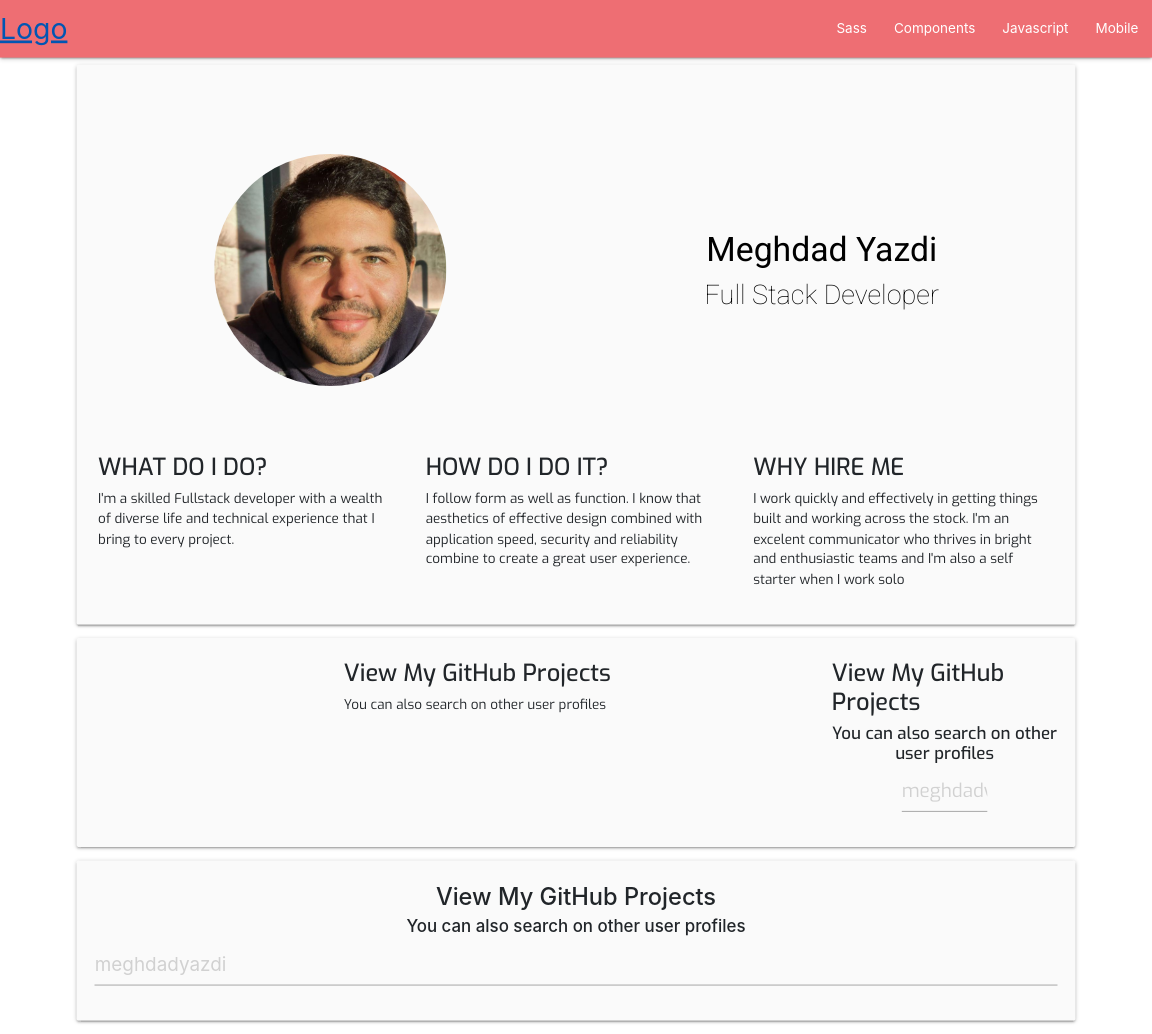
Repository: meghdadyazdi/SD_Res
Page: index.html
The author's editor kept a record of every edit. The page is drawn from the files as they stood at one moment, then again after the next edit.
The browser window is 1280 px wide. The pictures show the whole page, at 90% of full size.
The pointer rests on the first visible `a`.

Above is the page before.
Console error: ReferenceError: $ is not defined

After the next edit:
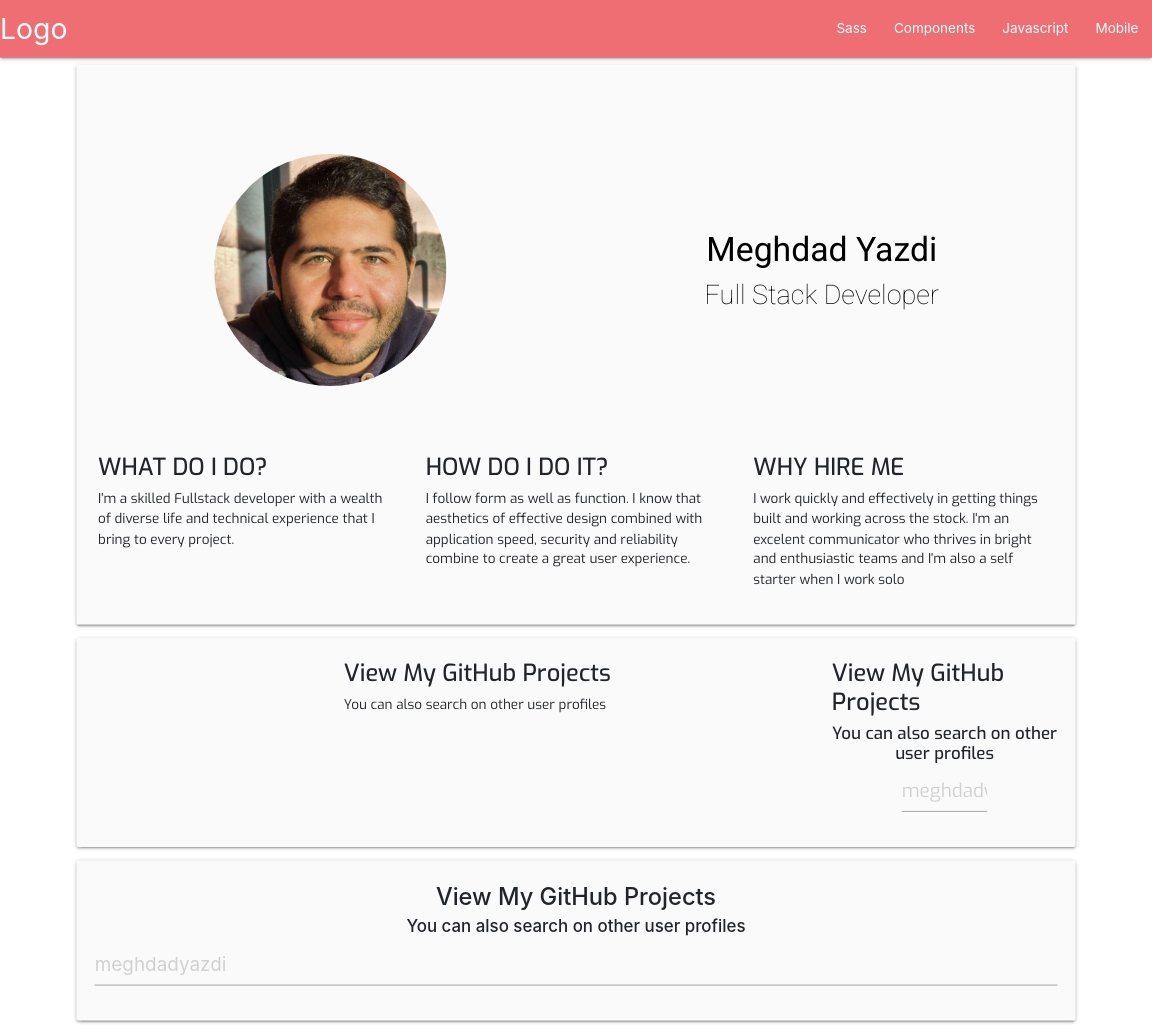
The edit:
--- a/assets/style.css
+++ b/assets/style.css
@@ -64,6 +64,11 @@
 }
 .row .col-sm-6{
   margin-top: 5rem;
+}
+
+a:hover {
+    color: #fff !important;
+    text-decoration: none !important;
 }
 
 
